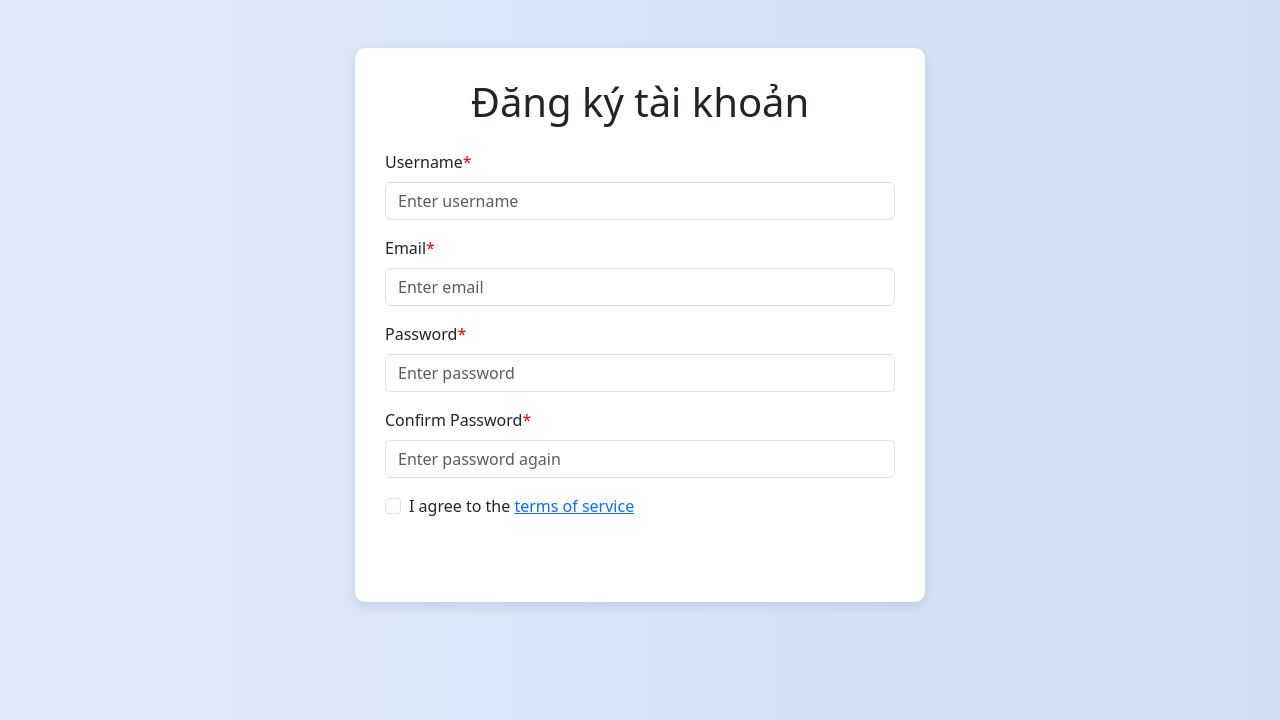
Repository: manhtdxxx/Tour-Booking-Webapp
Page: http://localhost/bookingTour/register.jsp
These files come from the project's save history. The page is drawn as it stood at one moment and after a run of saves; the edit follows.
The browser window is 1280 px wide. The pictures show the whole page.
The page is served by Tomcat 9.

Above is the page before, as saved 2024-11-09 06:56:16.

After the next 2 saves:
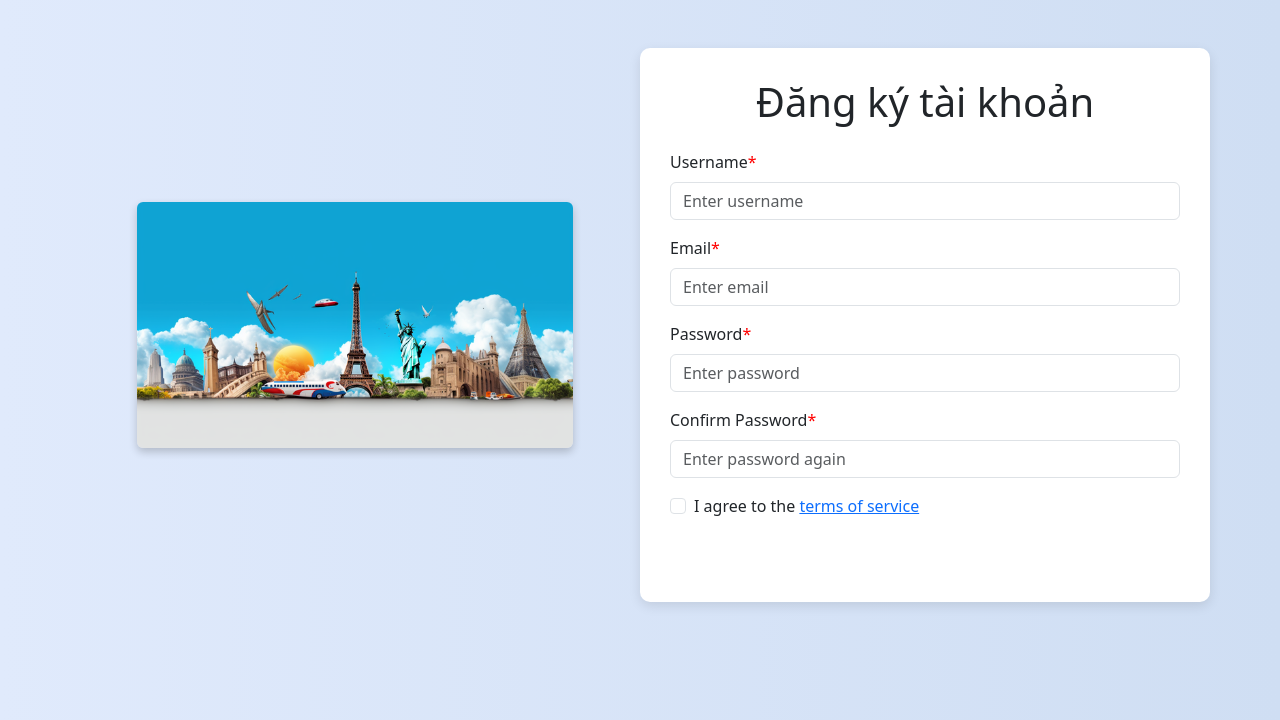
The 2 saves are shown as one change because they came seconds apart.
The last was saved 2 min 10 s later.
--- a/bookingTour/src/main/webapp/register.jsp
+++ b/bookingTour/src/main/webapp/register.jsp
@@ -18,7 +18,7 @@
 	color: red;
 }
 
-.container-card {
+.form-container {
 	background: #fff;
 	padding: 30px;
 	border-radius: 10px;
@@ -41,6 +41,11 @@
 .error-icon {
 	margin-right: 5px;
 }
+
+.image-container img {
+	border-radius: 20px;
+	box-shadow: 0 4px 8px rgba(0, 0, 0, 0.2);
+}
 </style>
 </head>
 
@@ -53,11 +58,14 @@
 	String password = (String) request.getAttribute("password");
 	String password2 = (String) request.getAttribute("password2");
 	%>
-
 	<div class="container my-5">
-		<div class="row justify-content-center">
-			<!-- Form Card -->
-			<div class="col-md-8 col-lg-6 container-card">
+		<div class="row">
+			<!-- Image -->
+			<div class="col-md-6 d-flex justify-content-center align-items-center image-container">
+				<img src="images/banner1.jpg" class="rounded" width="80%" alt="Banner Image">
+			</div>
+			<!-- Form -->
+			<div class="col-md-6 form-container">
 				<div class="text-center mb-4">
 					<h1>Đăng ký tài khoản</h1>
 				</div>
@@ -76,7 +84,7 @@
 
 				<form action="do-register" method="post">
 					<div class="mb-3">
-						<label for="text" class="form-label">Username<span class="red">*</span></label> <input
+						<label for="username" class="form-label">Username<span class="red">*</span></label> <input
 							type="text" class="form-control" id="username" placeholder="Enter username" name="username"
 							value="<%=username != null ? username : ""%>" required oninput="showSubmitButton()">
 					</div>

After the save that followed:
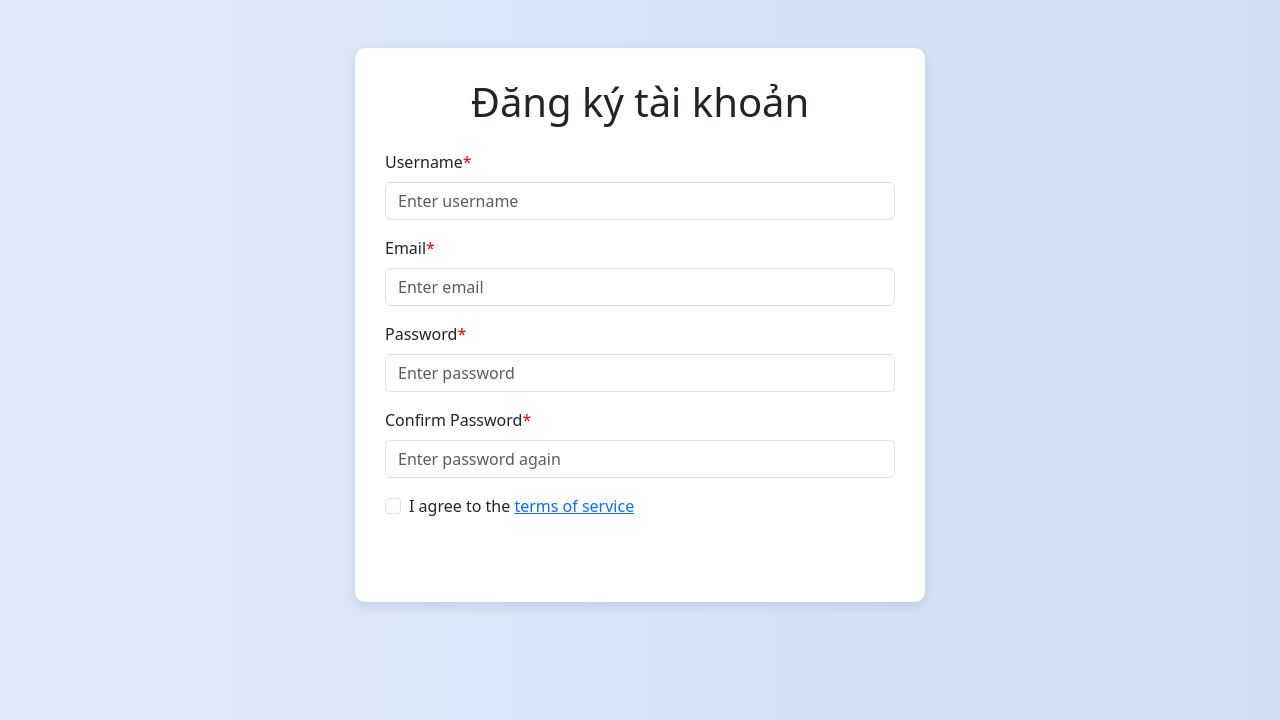
Saved 22 s later.
--- a/bookingTour/src/main/webapp/register.jsp
+++ b/bookingTour/src/main/webapp/register.jsp
@@ -18,7 +18,7 @@
 	color: red;
 }
 
-.form-container {
+.container-card {
 	background: #fff;
 	padding: 30px;
 	border-radius: 10px;
@@ -41,11 +41,6 @@
 .error-icon {
 	margin-right: 5px;
 }
-
-.image-container img {
-	border-radius: 20px;
-	box-shadow: 0 4px 8px rgba(0, 0, 0, 0.2);
-}
 </style>
 </head>
 
@@ -59,13 +54,9 @@
 	String password2 = (String) request.getAttribute("password2");
 	%>
 	<div class="container my-5">
-		<div class="row">
-			<!-- Image -->
-			<div class="col-md-6 d-flex justify-content-center align-items-center image-container">
-				<img src="images/banner1.jpg" class="rounded" width="80%" alt="Banner Image">
-			</div>
-			<!-- Form -->
-			<div class="col-md-6 form-container">
+		<div class="row justify-content-center">
+			<!-- Form Card -->
+			<div class="col-md-8 col-lg-6 container-card">
 				<div class="text-center mb-4">
 					<h1>Đăng ký tài khoản</h1>
 				</div>
@@ -84,7 +75,7 @@
 
 				<form action="do-register" method="post">
 					<div class="mb-3">
-						<label for="username" class="form-label">Username<span class="red">*</span></label> <input
+						<label for="text" class="form-label">Username<span class="red">*</span></label> <input
 							type="text" class="form-control" id="username" placeholder="Enter username" name="username"
 							value="<%=username != null ? username : ""%>" required oninput="showSubmitButton()">
 					</div>
